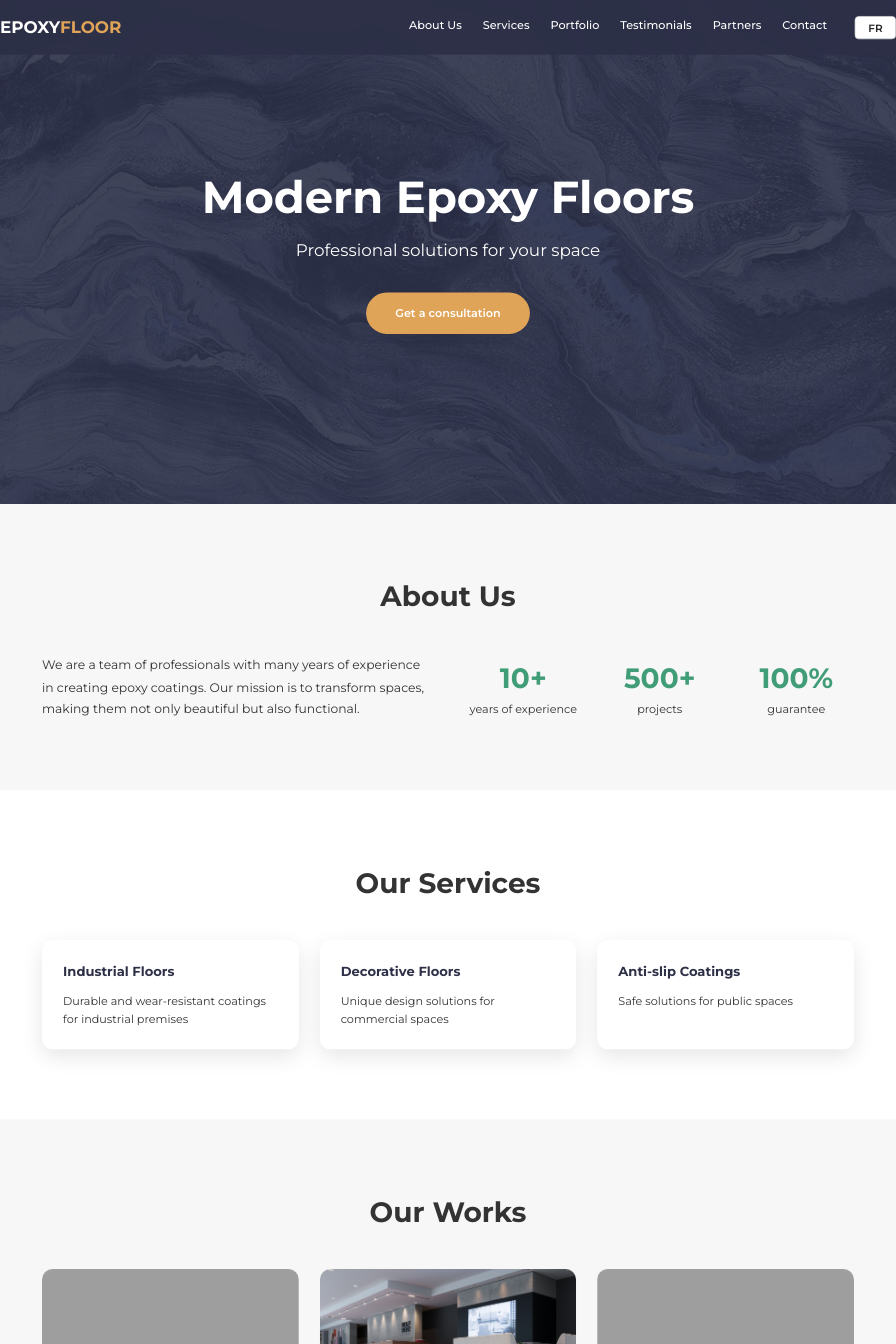
Repository: kerni-ca/kerni-ca
Page: index.html
An editor plug-in stored every save of this project. The page is shown before and after the next save, followed by the edit.
The browser window is 1280 px wide. The pictures show the part of the page from y = 0 to 1920 px (the page is 4210 px tall before and 4273 px after), at 70% of full size.
Empty fields were first filled with sample values (such as "Sample", 5 or name@example.com).
After loading, the first visible `#lang-switch` was clicked once.
Pictures or frames that could not be fetched are drawn as grey boxes. Backgrounds fixed to the window are drawn as part of the page.

Above is the page before, as saved 2025-07-04 13:07:17.

### index.html
<!DOCTYPE html>
<html lang="uk">
<head>
    <meta charset="UTF-8">
    <meta name="viewport" content="width=device-width, initial-scale=1.0">
    <title>Эпоксидные полы в Запорожье | Профессиональная укладка и ремонт</title>
    <meta name="description" content="Профессиональная укладка эпоксидных полов в Запорожье. Качественные материалы, опытные мастера, гарантия на работы. Звоните для консультации!">
    <meta name="keywords" content="эпоксидные полы Запорожье, укладка эпоксидных полов, эпоксидное покрытие, промышленные полы, декоративные полы">
    <link rel="stylesheet" href="styles.css">
    <link rel="preconnect" href="https://fonts.googleapis.com">
    <link rel="preconnect" href="https://fonts.gstatic.com" crossorigin>
    <link href="https://fonts.googleapis.com/css2?family=Montserrat:wght@400;500;600;700&display=swap" rel="stylesheet">
    <script>
      let currentLang = localStorage.getItem('lang') || 'en';
      function setLang(lang) {
        localStorage.setItem('lang', lang);
        location.reload();
      }
      async function loadLang() {
        const res = await fetch(currentLang + '.json');
        const dict = await res.json();
        for (const [key, value] of Object.entries(dict)) {
          const el = document.querySelectorAll('[data-i18n="' + key + '"]');
          el.forEach(e => {
            if (e.tagName === 'INPUT' || e.tagName === 'TEXTAREA') {
              e.placeholder = value;
            } else {
              e.innerHTML = value;
            }
          });
        }
      }
      window.addEventListener('DOMContentLoaded', loadLang);
    </script>
</head>
<body>
    <header class="header">
        <nav class="nav">
            <div class="logo">EPOXY<span>FLOOR</span></div>
            <ul class="nav-links">
                <li><a href="#about" data-i18n="nav_about">О нас</a></li>
                <li><a href="#services" data-i18n="nav_services">Услуги</a></li>
                <li><a href="#portfolio" data-i18n="nav_portfolio">Портфолио</a></li>
                <li><a href="#testimonials" data-i18n="nav_testimonials">Отзывы</a></li>
                <li><a href="#partners" data-i18n="nav_partners">Партнеры</a></li>
                <li><a href="#contact" data-i18n="nav_contact">Контакты</a></li>
                <li><button id="lang-switch" class="lang-btn"></button></li>
            </ul>
        </nav>
        <div class="hero">
            <h1 data-i18n="hero_title">Современные эпоксидные полы</h1>
            <p data-i18n="hero_subtitle">Профессиональные решения для вашего пространства</p>
            <a href="#contact" class="cta-button" data-i18n="hero_cta">Получить консультацию</a>
        </div>
    </header>

    <div id="lang-switch" style="position:fixed;top:10px;right:10px;z-index:1000;"></div>
    <script>
      function renderLangSwitch() {
        const lang = localStorage.getItem('lang') || 'en';
        const nextLang = lang === 'en' ? 'fr' : 'en';
        const btn = document.getElementById('lang-switch');
        if (btn) {
          btn.textContent = nextLang.toUpperCase();
          btn.onclick = function() { setLang(nextLang); };
          btn.title = lang === 'en' ? 'Passer en français' : 'Switch to English';
        }
      }
      window.addEventListener('DOMContentLoaded', renderLangSwitch);
    </script>

    <section id="about" class="about">
        <div class="container">
            <h2 data-i18n="about_title">О нас</h2>
            <div class="about-content">
                <div class="about-text">
                    <p data-i18n="about_text">Мы - команда профессионалов с многолетним опытом в создании эпоксидных покрытий. Наша миссия - преображать пространства, делая их не только красивыми, но и функциональными.</p>
                </div>
                <div class="about-stats">
                    <div class="stat">
                        <span class="number">10+</span>
                        <span class="label" data-i18n="about_years">лет опыта</span>
                    </div>
                    <div class="stat">
                        <span class="number">500+</span>
                        <span class="label" data-i18n="about_projects">проектов</span>
                    </div>
                    <div class="stat">
                        <span class="number">100%</span>
                        <span class="label" data-i18n="about_guarantee">гарантия</span>
                    </div>
                </div>
            </div>
        </div>
    </section>

    <section id="services" class="services">
        <div class="container">
            <h2 data-i18n="services_title">Наши услуги</h2>
            <div class="services-grid">
                <div class="service-card">
                    <h3 data-i18n="services_industrial">Промышленные полы</h3>
                    <p data-i18n="services_industrial_desc">Прочные и износостойкие покрытия для производственных помещений</p>
                </div>
                <div class="service-card">
                    <h3 data-i18n="services_decorative">Декоративные полы</h3>
                    <p data-i18n="services_decorative_desc">Уникальные дизайнерские решения для коммерческих помещений</p>
                </div>
                <div class="service-card">
                    <h3 data-i18n="services_anti">Антискользящие покрытия</h3>
                    <p data-i18n="services_anti_desc">Безопасные решения для общественных пространств</p>
                </div>
            </div>
        </div>
    </section>

    <section id="portfolio" class="portfolio">
        <div class="container">
            <h2 data-i18n="portfolio_title">Наши работы</h2>
            <div class="portfolio-grid">
                <div class="portfolio-item">
                    <img src="images/portfolio1.jpg" alt="Эпоксидный пол в производственном цеху">
                    <div class="portfolio-overlay">
                        <h3 data-i18n="portfolio_factory">Производственный цех</h3>
                    </div>
                </div>
                <div class="portfolio-item">
                    <img src="images/portfolio2.jpg" alt="Эпоксидное покрытие в торговом центре">
                    <div class="portfolio-overlay">
                        <h3 data-i18n="portfolio_mall">Торговый центр</h3>
                    </div>
                </div>
                <div class="portfolio-item">
                    <img src="images/portfolio3.jpg" alt="Декоративный эпоксидный пол в офисе">
                    <div class="portfolio-overlay">
                        <h3 data-i18n="portfolio_office">Офисное пространство</h3>
                    </div>
                </div>
            </div>
        </div>
    </section>

    <section id="testimonials" class="testimonials">
        <div class="container">
            <h2 data-i18n="testimonials_title">Отзывы наших клиентов</h2>
            <div class="testimonials-grid">
                <div class="testimonial-card">
                    <div class="testimonial-content">
                        <p data-i18n="testimonial_1">"Отличная работа! Полы получились идеально ровными и очень красивыми. Спасибо за профессионализм и внимание к деталям."</p>
                    </div>
                    <div class="testimonial-author">
                        <img src="images/testimonial1.jpg" alt="Фото клиента">
                        <div class="author-info">
                            <h4 data-i18n="testimonial_1_name">Олександр Мельник</h4>
                            <p data-i18n="testimonial_1_position">Директор ТОВ "Запоріжбуд"</p>
                        </div>
                    </div>
                </div>
                <div class="testimonial-card">
                    <div class="testimonial-content">
                        <p data-i18n="testimonial_2">"Мне сделали классный пол в гараже и в зале выглядит восхитительно и дети в восторге!"</p>
                    </div>
                    <div class="testimonial-author">
                        <img src="images/testimonial2.jpg" alt="Фото клиента">
                        <div class="author-info">
                            <h4 data-i18n="testimonial_2_name">Олена Коваленко</h4>
                            <p data-i18n="testimonial_2_position">Власниця кафе "Запорізька Січ"</p>
                        </div>
                    </div>
                </div>
                <div class="testimonial-card">
                    <div class="testimonial-content">
                        <p data-i18n="testimonial_3">"Работали с компанией уже несколько раз. Всегда на высоте! Особенно понравилось качество материалов и скорость работы."</p>
                    </div>
                    <div class="testimonial-author">
                        <img src="images/testimonial3.jpg" alt="Фото клиента">
                        <div class="author-info">
                            <h4 data-i18n="testimonial_3_name">Володимир Шевченко</h4>
                            <p data-i18n="testimonial_3_position">Генеральний директор "Запорізький Промбуд"</p>
                        </div>
                    </div>
                </div>
            </div>
        </div>
    </section>

    <section id="partners" class="partners">
        <div class="container">
            <h2 data-i18n="partners_title">Наши партнеры</h2>
            <div class="partners-grid">
                <div class="partner-card">
                    <img src="images/partner1.jpg" alt="Партнер 1">
                    <h3>BASF</h3>
                    <p data-i18n="partner_1_desc">Мировой лидер в производстве химических материалов</p>
                </div>
                <div class="partner-card">
                    <img src="images/partner2.jpg" alt="Партнер 2">
                    <h3>Sika</h3>
                    <p data-i18n="partner_2_desc">Профессиональные решения для строительства</p>
                </div>
                <div class="partner-card">
                    <img src="images/partner3.jpg" alt="Партнер 3">
                    <h3>Mapei</h3>
                    <p data-i18n="partner_3_desc">Инновационные строительные материалы</p>
                </div>
                <div class="partner-card">
                    <img src="images/partner4.jpg" alt="Партнер 4">
                    <h3>Ardex</h3>
                    <p data-i18n="partner_4_desc">Высококачественные строительные смеси</p>
                </div>
            </div>
        </div>
    </section>

    <section id="contact" class="contact">
        <div class="container">
            <h2 data-i18n="contact_title">Свяжитесь с нами</h2>
            <div class="contact-content">
                <form class="contact-form">
                    <input type="text" data-i18n="contact_name" placeholder="Ваше имя" required>
                    <input type="tel" data-i18n="contact_phone" placeholder="Телефон" required>
                    <input type="email" data-i18n="contact_email" placeholder="Email" required>
                    <textarea data-i18n="contact_message" placeholder="Сообщение" required></textarea>
                    <button type="submit" class="submit-button" data-i18n="contact_send">Отправить</button>
                </form>
                <div class="contact-info">
                    <div class="info-item">
                        <h3 data-i18n="contact_address_title">Адрес</h3>
                        <p data-i18n="contact_address">г. Запорожье, ул. Соборная, 123</p>
                    </div>
                    <div class="info-item">
                        <h3 data-i18n="contact_phone_title">Телефон</h3>
                        <p data-i18n="contact_phone_value">+38 (061) 123-45-67</p>
                    </div>
                    <div class="info-item">
                        <h3 data-i18n="contact_email_title">Email</h3>
                        <p data-i18n="contact_email_value">info@epoxyfloor.zp.ua</p>
                    </div>
                </div>
            </div>
        </div>
    </section>

    <footer class="footer">
        <div class="container">
            <div class="footer-content">
                <div class="footer-logo">EPOXY<span>FLOOR</span></div>
                <p data-i18n="footer_rights">&copy; 2024 Все права защищены</p>
            </div>
        </div>
    </footer>

    <style>
      .lang-btn {
        background: #fff;
        color: #222;
        border: 1px solid #ddd;
        border-radius: 6px;
        padding: 6px 18px;
        font-family: inherit;
        font-size: 15px;
        font-weight: 600;
        margin-left: 10px;
        cursor: pointer;
        transition: background 0.2s, color 0.2s, border 0.2s;
        box-shadow: 0 1px 4px rgba(0,0,0,0.04);
      }
      .lang-btn:hover {
        background: #222;
        color: #fff;
        border: 1px solid #222;
      }
    </style>
</body>
</html>

Loaded but not shown: fr.json (55 lines, source omitted); en.json (55 lines, source omitted); styles.css (531 lines, source omitted)

After the next save:
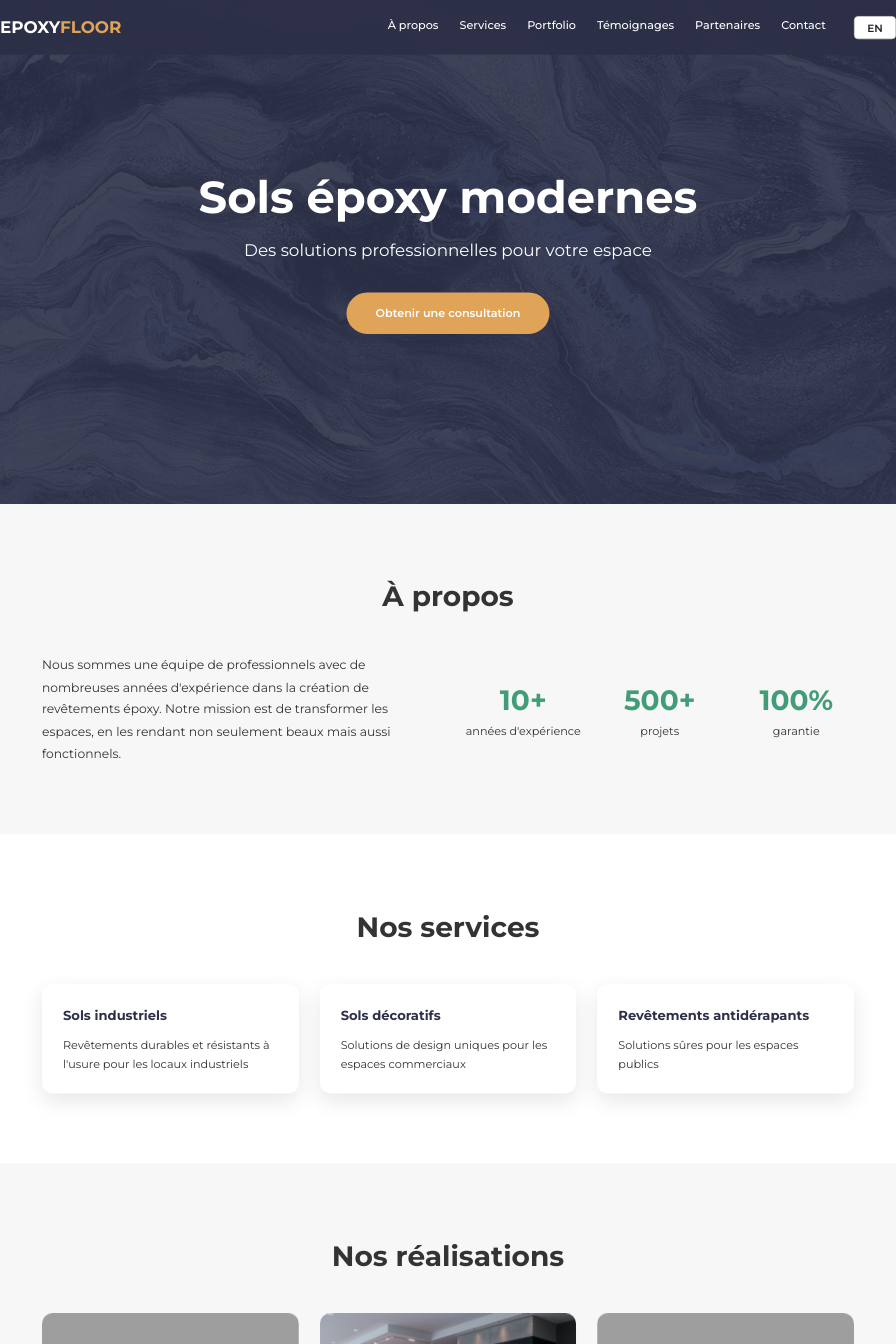
Saved 43 s later.
--- a/index.html
+++ b/index.html
@@ -14,7 +14,9 @@
       let currentLang = localStorage.getItem('lang') || 'en';
       function setLang(lang) {
         localStorage.setItem('lang', lang);
-        location.reload();
+        currentLang = lang;
+        loadLang();
+        renderLangSwitch();
       }
       async function loadLang() {
         const res = await fetch(currentLang + '.json');
@@ -30,7 +32,20 @@
           });
         }
       }
-      window.addEventListener('DOMContentLoaded', loadLang);
+      function renderLangSwitch() {
+        const lang = localStorage.getItem('lang') || 'en';
+        const nextLang = lang === 'en' ? 'fr' : 'en';
+        const btn = document.getElementById('lang-switch');
+        if (btn) {
+          btn.textContent = nextLang.toUpperCase();
+          btn.onclick = function() { setLang(nextLang); };
+          btn.title = lang === 'en' ? 'Passer en français' : 'Switch to English';
+        }
+      }
+      window.addEventListener('DOMContentLoaded', function() {
+        loadLang();
+        renderLangSwitch();
+      });
     </script>
 </head>
 <body>
@@ -54,21 +69,6 @@
         </div>
     </header>
 
-    <div id="lang-switch" style="position:fixed;top:10px;right:10px;z-index:1000;"></div>
-    <script>
-      function renderLangSwitch() {
-        const lang = localStorage.getItem('lang') || 'en';
-        const nextLang = lang === 'en' ? 'fr' : 'en';
-        const btn = document.getElementById('lang-switch');
-        if (btn) {
-          btn.textContent = nextLang.toUpperCase();
-          btn.onclick = function() { setLang(nextLang); };
-          btn.title = lang === 'en' ? 'Passer en français' : 'Switch to English';
-        }
-      }
-      window.addEventListener('DOMContentLoaded', renderLangSwitch);
-    </script>
-
     <section id="about" class="about">
         <div class="container">
             <h2 data-i18n="about_title">О нас</h2>
